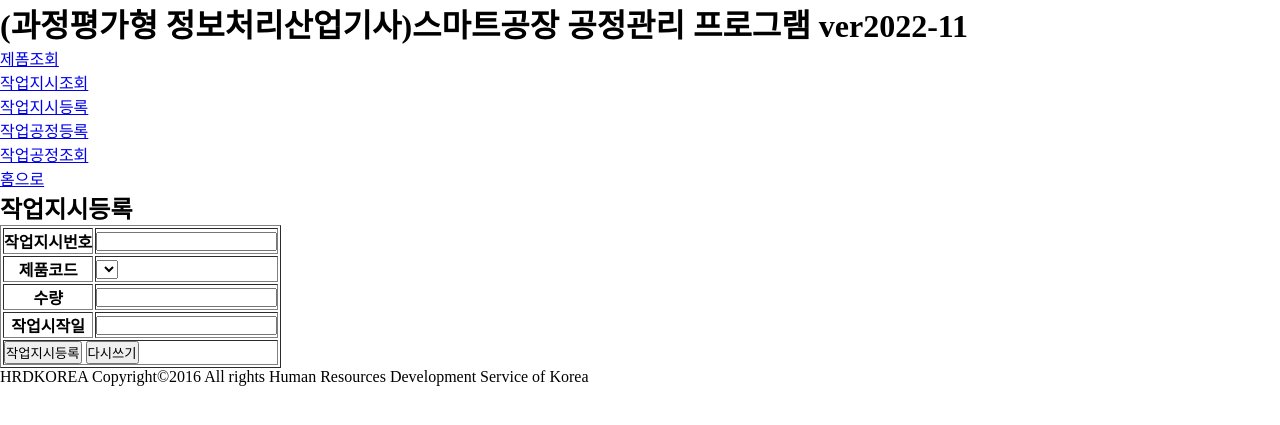
Repository: anakyn01/exam
Page: http://localhost/smart_5/sub2_1.jsp
These files come from the project's save history. The page is drawn as it stood at one moment and after the next save; the edit follows.
The browser window is 1280 px wide. The pictures show the whole page.
The page is served by Tomcat 9.

Above is the page before, as saved 2025-01-06 07:25:24.

After the next save:
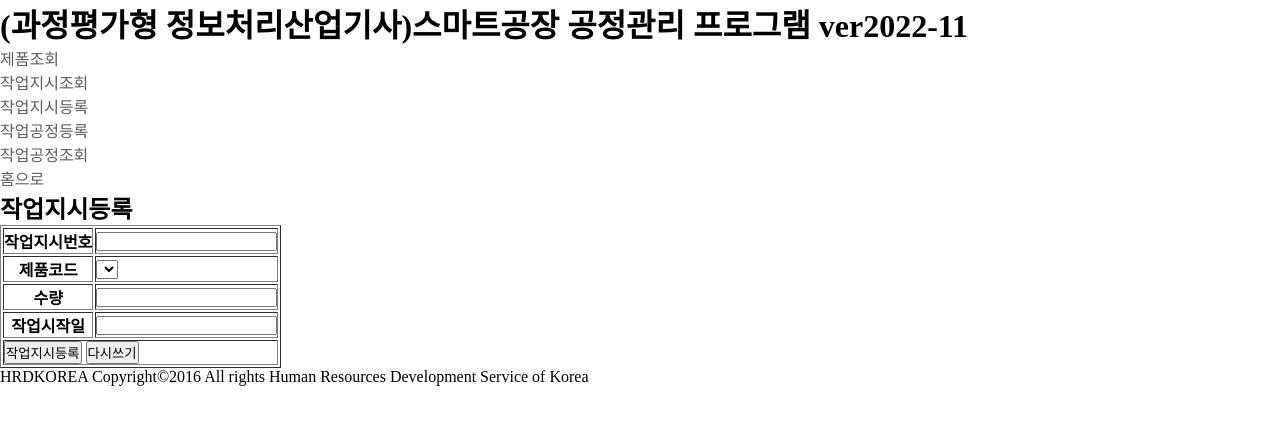
Saved 30 s later.
--- a/smart_5/src/main/webapp/css/style.css
+++ b/smart_5/src/main/webapp/css/style.css
@@ -1,2 +1,3 @@
 @charset "UTF-8";
 *{margin:0; padding:0; box-sizing:border-box;}
+a{text-decoration:none; color:#5e5e5e;}
